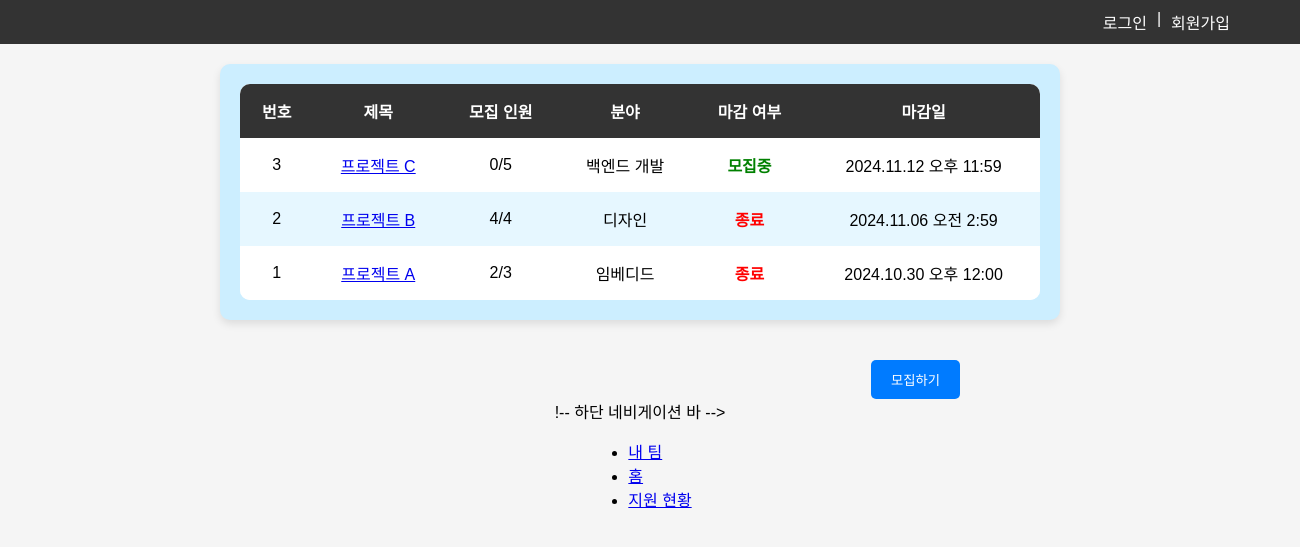
Repository: TUK-WEBSERIVCE/tuk-team-gem
Page: tuk-team-gem/src/main/webapp/main/mainPage.html
The author's editor kept a copy of each file at every save. The page is drawn from the files as they stood at one save, then again after the next save.
The browser window is 1280 px wide. The page is 1300 px wide, so the pictures cover 1300 px, including what lies to the right of the window. The pictures show the whole page.

Above is the page before, as saved 2024-11-13 13:04:01.

### tuk-team-gem/src/main/webapp/main/mainPage.html
<!DOCTYPE html>
<html lang="ko">
<head>
    <meta charset="UTF-8">
    <meta name="viewport" content="width=device-width, initial-scale=1.0">
    <title>모집 목록</title>
    <style>
        body {
            font-family: Arial, sans-serif;
            margin: 0;
            padding: 0;
            background-color: #f5f5f5;
            display: flex;
            flex-direction: column;
            align-items: center;
            overflow-x: hidden;
        }

        header {
            width: 100%;
            display: flex;
            justify-content: flex-end;
            padding: 10px 20px;
            background-color: #333;
            color: white;
        }

        header a {
            color: white;
            text-decoration: none;
        }

        .container {
            background-color: #cceeff;
            width: 80%;
            max-width: 800px;
            margin: 20px auto;
            padding: 20px;
            border-radius: 10px;
            box-shadow: 0 4px 8px rgba(0, 0, 0, 0.1);
        }

        table {
            width: 100%;
            border-collapse: collapse;
            background-color: white;
            border-radius: 10px;
            overflow: hidden;
        }

        th, td {
            padding: 15px;
            text-align: center;
        }

        th {
            background-color: #333;
            color: white;
        }

        tr:nth-child(even) {
            background-color: #e6f7ff;
        }

        tr:nth-child(odd) {
            background-color: #ffffff;
        }

        .status-open {
            color: green;
            font-weight: bold;
        }

        .status-closed {
            color: red;
            font-weight: bold;
        }

        .button-container {
            width: 100%;
            display: flex;
            justify-content: flex-end;
            margin-top: 20px;
            margin-right: 50%;
        }

        .button-container button {
            padding: 10px 20px;
            background-color: #007bff;
            color: white;
            border: none;
            border-radius: 5px;
            cursor: pointer;
        }

        .button-container button:hover {
            background-color: #0056b3;
        }

        .divider {
    		color: white;
    		margin-left: 10px;
    		margin-right: 10px;
		}
    </style>
</head>
<body>
    <header>
        <a href="#">로그인</a>
        <span class="divider">|</span>
        <a href="#" style="margin-right: 50px;">회원가입</a>
    </header>

    <div class="container">
        <table>
            <thead>
                <tr>
                    <th>번호</th>
                    <th>제목</th>
                    <th>모집 인원</th>
                    <th>분야</th>
                    <th>마감 여부</th>
                    <th>마감일</th>
                </tr>
            </thead>
            <tbody>
                <tr>
                    <td>3</td>
                    <td><a href="#">프로젝트 C</a></td>
                    <td>0/5</td>
                    <td>백엔드 개발</td>
                    <td class="status-open">모집중</td>
                    <td>2024.11.12 오후 11:59</td>
                </tr>
                <tr>
                    <td>2</td>
                    <td><a href="#">프로젝트 B</a></td>
                    <td>4/4</td>
                    <td>디자인</td>
                    <td class="status-closed">종료</td>
                    <td>2024.11.06 오전 2:59</td>
                </tr>
                <tr>
                    <td>1</td>
                    <td><a href="#">프로젝트 A</a></td>
                    <td>2/3</td>
                    <td>임베디드</td>
                    <td class="status-closed">종료</td>
                    <td>2024.10.30 오후 12:00</td>
                </tr>
            </tbody>
        </table>
    </div>

    <div class="button-container">
        <button>모집하기</button>
    </div>

    !-- 하단 네비게이션 바 -->
    <nav>
        <ul>
            <li><a href="#">내 팀</a></li>
            <li><a href="#">홈</a></li>
            <li><a href="#">지원 현황</a></li>
        </ul>
    </nav>
</body>
</html>

After the next save:
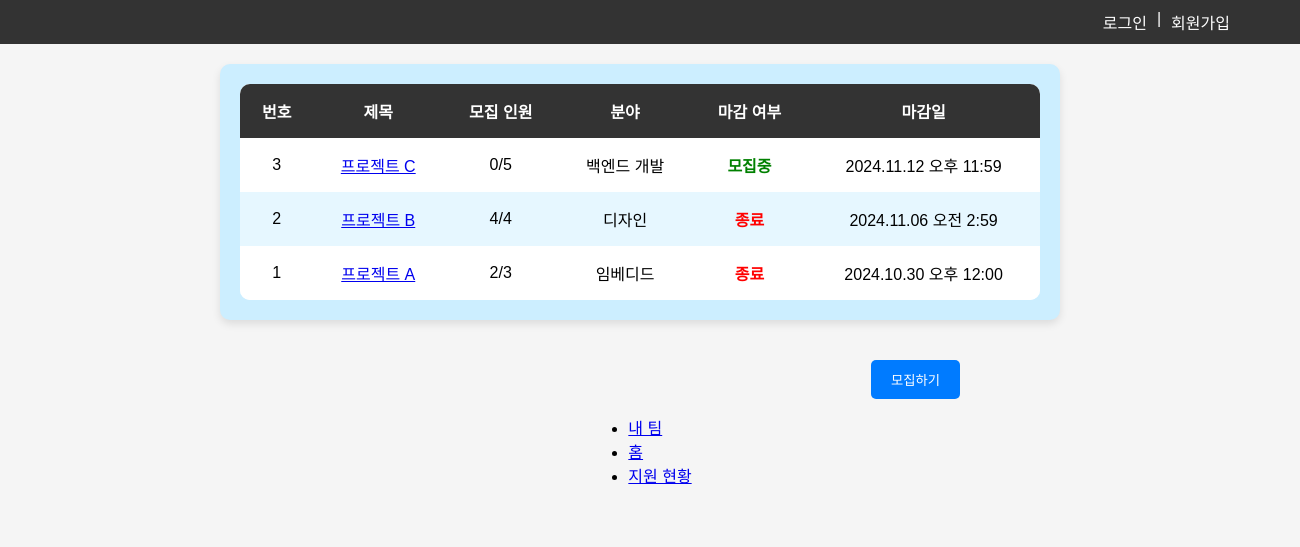
Saved 10 s later.
--- a/tuk-team-gem/src/main/webapp/main/mainPage.html
+++ b/tuk-team-gem/src/main/webapp/main/mainPage.html
@@ -156,7 +156,7 @@
         <button>모집하기</button>
     </div>
 
-    !-- 하단 네비게이션 바 -->
+    <!-- 하단 네비게이션 바 -->
     <nav>
         <ul>
             <li><a href="#">내 팀</a></li>
